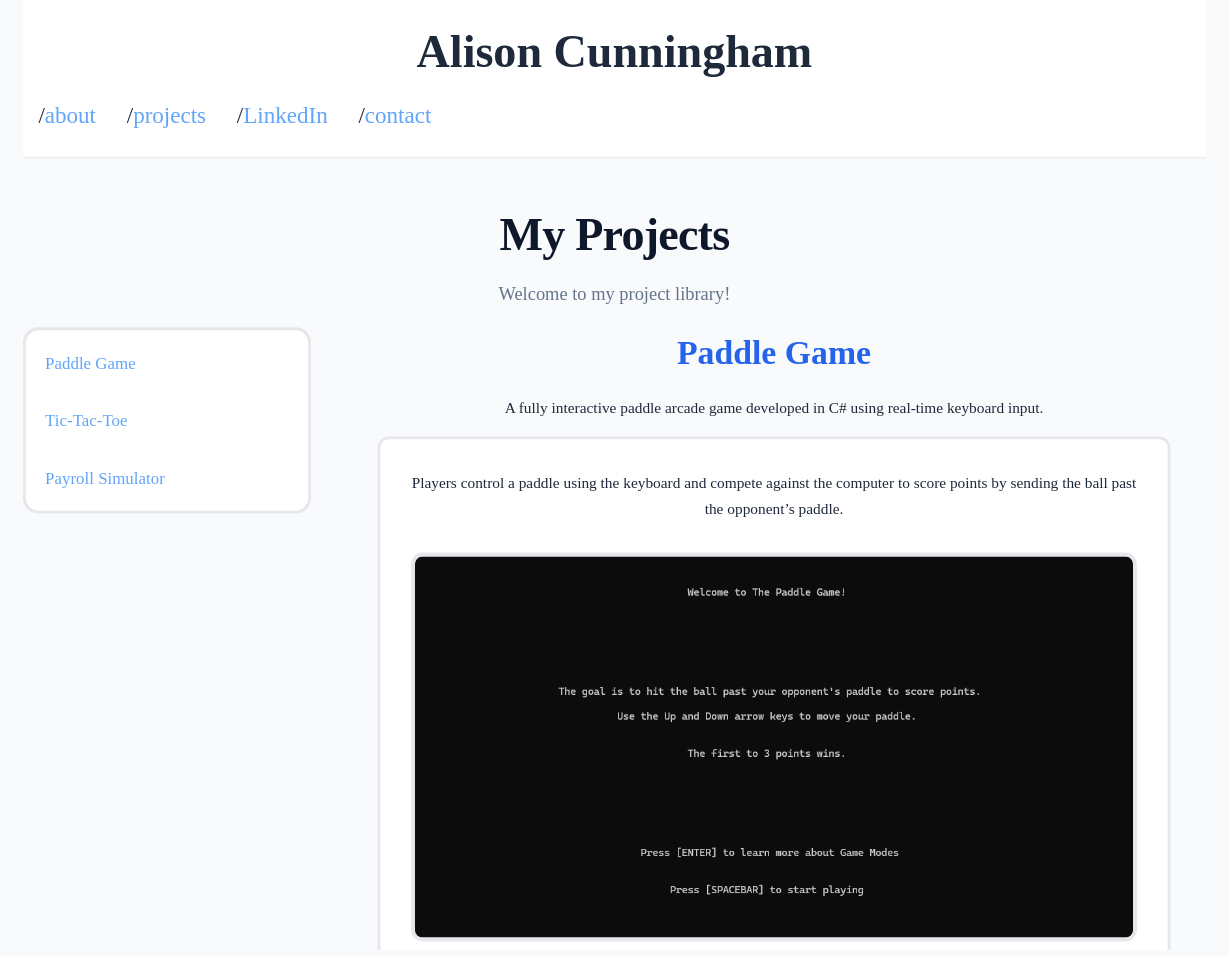
Repository: alison-cunningham/alison-cunningham
Page: pages/main-projects-page.html
These files come from the project's save history. The page is drawn as it stood at one moment and after the next save; the edit follows.
The browser window is 1280 px wide. The pictures show the whole page, at 96% of full size.
Some web fonts or font styles are not loaded; a fallback is used.

Above is the page before, as saved 2026-05-12 21:07:18.

### pages/main-projects-page.html
<!DOCTYPE html>
<html lang="en">
<head>
    <meta charset="UTF-8" />
    <title>Project - Paddle Game</title>
    <meta name="viewport" content="width=device-width, initial-scale=1.0">
    <link rel="stylesheet" href="../styles/pages.css"/>
    <link rel="stylesheet" href="../styles/globals.css"/>
</head>
<body>

    <header class="page-header">
        <h1>Alison Cunningham</h1>
        <div class="nav-bar">
            <a href="../index.html">/<span class="hover-text">about</span></a>
            <a href="./main-projects-page.html">/<span class="hover-text">projects</span></a>
            <a href="https://www.linkedin.com/in/alison-c-427578b5">/<span class="hover-text">LinkedIn</span></a>
            <a href="mailto:cunningham.alison.m@gmail.com">/<span class="hover-text">contact</span></a>
        </div>
    </header>

    <section class="project-card">
        <header class="main-header">
        <h2>My Projects</h2>
        <p>
            Welcome to my project library!
            <br>
        </p>
        </header>

        <div class="projects-layout">
            <nav>
            <a href="./paddle-game.html" target="myframe">
            Paddle Game
            </a>
            <a href="./tic-tac-toe.html" target="myframe">
            Tic-Tac-Toe
            </a>
            <a href="./payroll-simulator.html" target="myframe">
            Payroll Simulator
            </a>
            </nav>

            <section class="mainview">
                <iframe src="./paddle-game.html" name="myframe"></iframe>
            </section>
        </div>

    </section>

</body>


</html>

### styles/pages.css
body{
    display: flex;
    flex-direction: column;
    align-items: center;

    margin: 0 auto;
    padding: 0 1.5rem;

}

.main-header{
    display: grid;
    text-align: center;

    font-size: 1.2rem;
}

.main-header h2{
    font-size: 3rem;

    margin-bottom: 0.5rem;

    color: #0f172a;
    letter-spacing: -0.05rem;
}

.main-header p{
    margin-top: 0;

    font-size: 1.2rem;
    color: #64748b;
}

.project-header{
    display: grid;
    justify-content: center;
    text-align: center;

}

.project-header h1{
    margin-bottom: 0;

    font-size: 2.2rem;

    color: #2563eb;
}

nav{
    width: 100%;
    margin: 1rem auto;
    padding: .75rem;

    background-color: #ffffff;
    border: .2rem solid #e5e7eb;
    border-radius: 1rem;

    display: flex;
    justify-content: center;
    gap: 1rem;
    flex-wrap: wrap;

}

nav a{

    color: #60a5fa;
    padding: .5rem .5rem;
    border-radius: .75rem;

    font-size: 1.1rem;

    transition:
        background-color 0.3s ease,
        color 0.3s ease,
        transform 0.3s ease;
}

nav a:hover{
    background-color: #34d399;
    color: white;
}

img{
    display: block;
    max-width: 100%;
    margin: 1rem auto;
    border: .3rem solid #e5e7eb;
    border-radius: .75rem;

    transition: transform 0.3s ease;
}

img:hover{
    transform: scale(1.09);
}

.project-description{
    max-width: 97%;

    margin: 0 auto 2rem;
    padding: 2rem;

    background-color: #ffffff;
    border: .2rem solid #e5e7eb;
    border-radius: .75rem;

    line-height: 1.7;
}

.project-description ul{
    margin-top: 1rem;
    margin-bottom: 1rem;
    padding-left: 1.5rem;
}

.project-link{
    display: block;
    width: fit-content;

    margin: 0 auto 3rem;
    padding: .75rem;

    background-color: #60a5fa;
    color: white;

    text-decoration: none;

    border-radius: .5rem;

    transition: background-color 0.3s ease;
    transition: transform 0.2s ease;
}

.project-link:hover{
    background-color: #34d399;
}

summary{
    text-align: center;
    margin-bottom: 2rem;
}

.learned{
    line-height: 2rem;
    background-color: #e5e7eb;
    padding: 0.3rem 1.5rem 1rem;
    margin: 0.2rem;
    border-radius: 0.75rem;
}

.payroll-breakdown{
    line-height: 1.4rem;
}

iframe{
    width: 100%;
    min-height: 80vh;
    border: 0;
}

@media (min-width: 768px){

    .projects-layout{
        display: flex;
        flex-direction: column;
        gap: 1.5rem;
    }

    .project-card{
        width:100%;
    }

}

@media (min-width: 1000px){

    .projects-layout{
        display: grid;
        grid-template-columns: 1fr 3fr;
        align-items: start;

        gap: 2rem;
        width: 100%;
    }

    nav{
        position: sticky;
        top: 2rem;

        display: flex;
        flex-direction: column;

        width: 100%;
        margin: 0;
    }

    nav a{
        width: 100%;
        text-align: left;
    }

    iframe{
        min-height: 90vh;
    }
}

### styles/globals.css
@font-face{
    font-family: 'Radio-Canada';
    src: url('../assets/fonts/Radio_Canada/RadioCanada-VariableFont_wdth\,wght.ttf')
}

*{
    box-sizing: border-box;
}

body{
    font-family: 'Radio-Canada';

    background-color: #f8fafc;
    color: #1e293b;

    line-height: 1.6;
    font-size: 1rem;

    margin: 0;
    overflow-x: hidden;
}


a{
    text-decoration: none;
    color: inherit;
}

h3{
    font-size: 1.4rem;
    margin-bottom: 1rem;
    color: #0f172a;
}

.page-header{

    font-size: 1.3rem;
    width: 100%;
    padding: 1rem 0;

    background-color: #ffffff;
    border-bottom: .2rem solid #e5e7eb85;

    display: flex;
    flex-direction: column;
    align-items: center;
    justify-content: center;
    text-align: center;


}

header h1{
    font-size: 3rem;
    margin: 0;
}

.nav-bar{
    display: flex;
    gap: 2rem;

    width: 100%;
    max-width: 100%;

    overflow-x: auto;

    padding: 0.5rem 1rem;
    margin: 0;

    font-size: 1.5rem;
}

.nav-bar::-webkit-scrollbar{
    height: 0.45rem;
}

.nav-bar::-webkit-scrollbar-track{
    background: #e5e7eb;
    border-radius: 999rem;
}

.nav-bar::-webkit-scrollbar-thumb{
    background: #34d399;
    border-radius: 999rem;
}

.hover-text{
    color: #60a5fa;
    position: relative;
}

.hover-text:hover{
    color: #34d399;
}

.hover-text::after{
    content:"";
    position: absolute;
    left: 0;
    bottom: -2px;

    width: 0%;
    height: 2px;
    background: #34d399;
    transition: width 0.6s ease;

}

.hover-text:hover::after {
    width: 100%;
}

### pages/paddle-game.html
<!DOCTYPE html>
<html lang="en">
<head>
    <meta charset="UTF-8" />
    <title>Project - Paddle Game</title>
    <meta name="viewport" content="width=device-width, initial-scale=1.0">
    <link rel="stylesheet" href="../styles/globals.css"/>
    <link rel="stylesheet" href="../styles/pages.css">
</head>
<body>
    <header class="project-header">
        <h1>Paddle Game</h1>
        <p>
            A fully interactive paddle arcade game developed in C# using real-time keyboard input.
        </p>
    </header>

    <section class="project-description">
        <summary>
            Players control a paddle using the keyboard and compete against the computer to score points by sending the ball past the opponent’s paddle.
        </summary>

        <img src="../assets/images/paddle-game-screenshot-2.png" alt="Screenshot from Paddle Game gameplay">

        The game features:
        <ul>
            <li>AI-controlled opponent with multiple difficulty levels</li>
            <li>Collision detection</li>
            <li>Score tracking</li>
            <li>Randomized gameplay modifiers that change the mechanics after each round</li>
        </ul>


        To make gameplay more dynamic and unpredictable, special game modes such as Ghost Ball, Fast Ball, Curve Ball, Drunk Paddle, and Small Paddle are randomly activated throughout the match.
    </section>

    <section class="learned">

        <h3>What I learned:</h3>
        <p>This project introduced and strengthened my understanding of core game development concepts including game loops, object movement, simple AI behavior, collision handling, frame synchronization, and state management within a console application environment.</p>

    </section>

    <br>

    <a class="project-link"
        href="https://github.com/alison-cunningham/PaddleGame-2D-Collision-Simulation.git"
        target="_blank">
        View GitHub Repo
    </a>

</body>

</html>

After the next save:
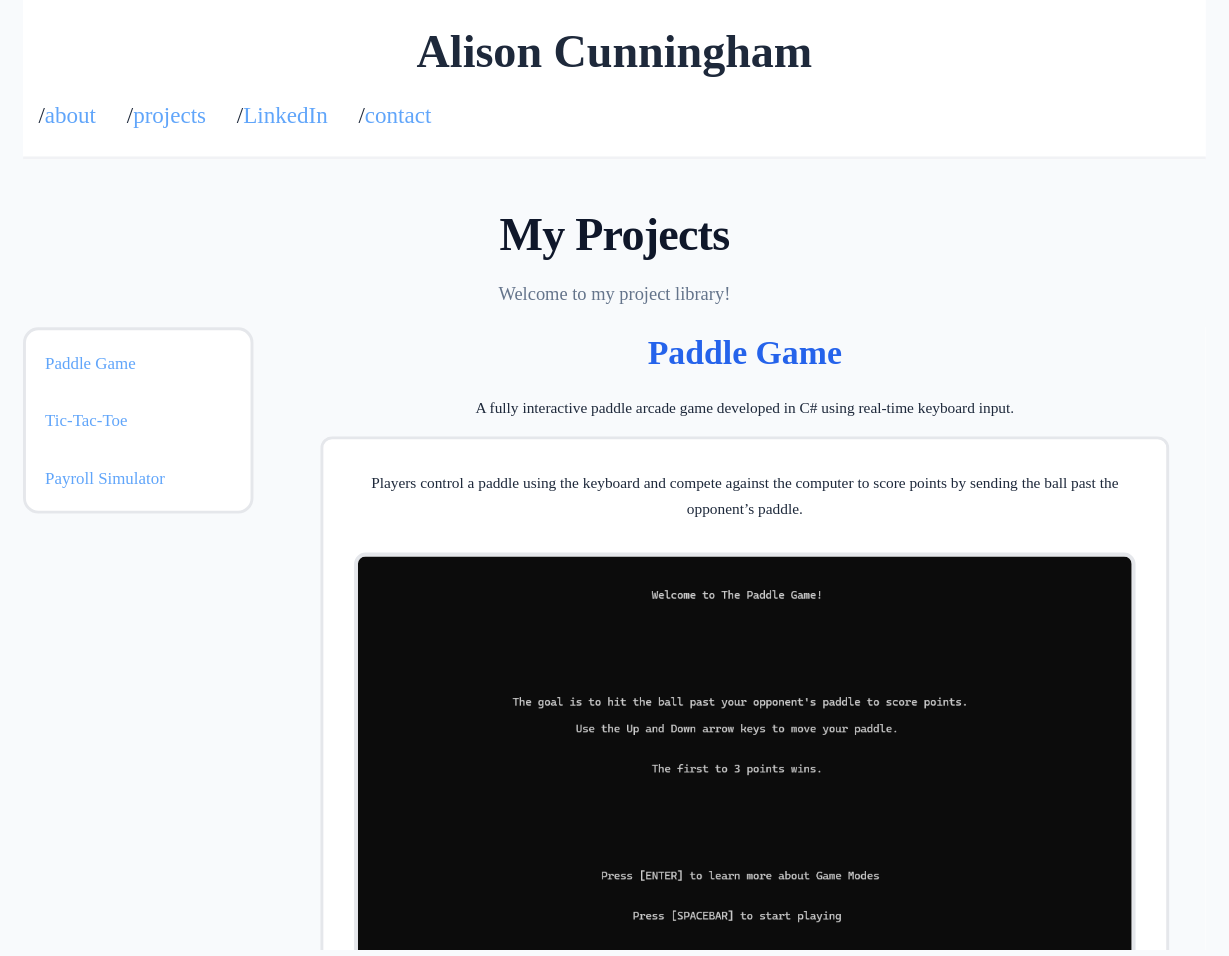
Saved 10 s later.
--- a/styles/pages.css
+++ b/styles/pages.css
@@ -177,7 +177,7 @@ iframe{
 
     .projects-layout{
         display: grid;
-        grid-template-columns: 1fr 3fr;
+        grid-template-columns: 1fr 4fr;
         align-items: start;
 
         gap: 2rem;
